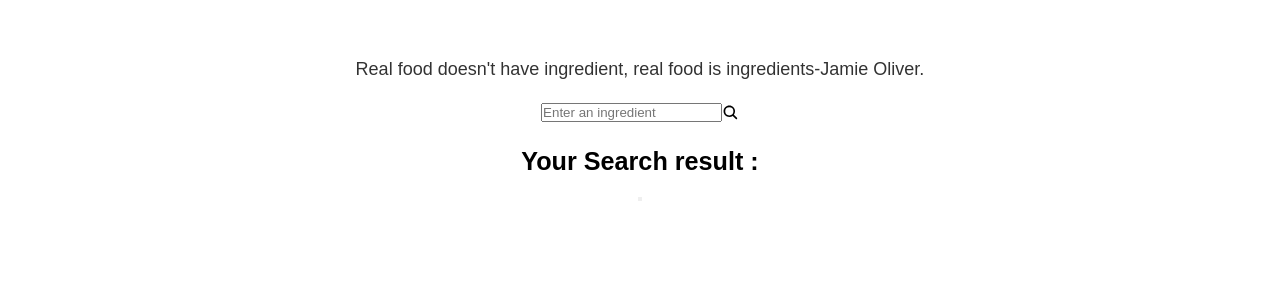
Repository: andrewhuynh561/javascipt
Page: Day 1/index.html
An editor plug-in stored every save of this project. The page is shown before and after the next save, followed by the edit.
The browser window is 1280 px wide. The pictures show the whole page.

Above is the page before, as saved 2023-05-17 22:02:13.

### Day 1/index.html
<!DOCTYPE html>
<html lang="en">
<head>
    <meta charset="UTF-8">
    <meta http-equiv="X-UA-Compatible" content="IE=edge">
    <meta name="viewport" content="width=device-width, initial-scale=1.0">
    <title>Find Meal For Your Ingredient</title>
    <link rel="stylesheet" href="style.css">
    <link rel="preconnect" href="https://fonts.googleapis.com">
    <link rel="preconnect" href="https://fonts.gstatic.com" crossorigin>
    <script type="module" src="https://unpkg.com/ionicons@7.1.0/dist/ionicons/ionicons.esm.js"></script>
    <script nomodule src="https://unpkg.com/ionicons@7.1.0/dist/ionicons/ionicons.js"></script>
    <link href="https://fonts.googleapis.com/css2?family=Rubik:ital,wght@0,300;0,500;0,600;1,300&display=swap" rel="stylesheet">
</head>
<body>
    <div class="container">
        <div class="meal-wrapper">
            <p>Real food doesn't have ingredient, real food is ingredients-Jamie Oliver.</p>
            <div class="search-bar">
                <input type = "text" class = "search-control" placeholder="Enter an ingredient" id = "search-input">
                <ion-icon name="search"></ion-icon>
            </div>
        </div>
        <div class="meal-result">
            <h2 class="title">Your Search result :</h2>
            <div class="meal" id="meal">
                <!-- meal item -->
          <!-- <div class = "meal-item">
            <div class = "meal-img">
              <img src = "food.jpg" alt = "food">
            </div>
            <div class = "meal-name">
              <h3>Potato Chips</h3>
              <a href = "#" class = "recipe-btn">Get Recipe</a>
            </div>
          </div> -->
          <!-- end of meal item -->
            </div>
            <div class="meal-detail" id="meal-detail">
                <button class="btn ">

                </button>

                <div class="meal-content">
                    <!-- <h2 class = "recipe-title">Meals Name Here</h2>
          <p class = "recipe-category">Category Name</p>
          <div class = "recipe-instruct">
            <h3>Instructions:</h3>
            <p>Lorem ipsum, dolor sit amet consectetur adipisicing elit. Quo blanditiis quis accusantium natus! Porro, reiciendis maiores molestiae distinctio veniam ratione ex provident ipsa, soluta suscipit quam eos velit autem iste!</p>
            <p>Lorem ipsum dolor sit amet consectetur adipisicing elit. Amet aliquam voluptatibus ad obcaecati magnam, esse numquam nisi ut adipisci in?</p>
          </div>
          <div class = "recipe-meal-img">
            <img src = "food.jpg" alt = "">
          </div>
          <div class = "recipe-link">
            <a href = "#" target = "_blank">Watch Video</a>
          </div> -->
                </div>
            </div>
        </div>
    </div>

<script src="app.js"></script>
</body>
</html>

### Day 1/style.css
*{
    margin: 0;
    padding: 0;
    box-sizing: border-box;
}
body {
    font-family: "Poppins", sans-serif;
    padding: 20px;
    font-weight: 300;
    font-size: 1.05rem;
    line-height: 1.6;
  }
:root{
    --tenne-tawny: #d65108;
    --tenne-tawny-dark: #b54507;
}
.container{
    max-width: 1200px;
    margin: 0 auto;
    text-align: center;
    padding-top: 35px;

}
p{
    padding-bottom: 12pxpx;
    font-size: 18px;
    opacity: 0.8;
}
.search-bar{
    margin: 1.2rem 0;
    display: flex;
    align-items: center;
    justify-content: center;
}
.search-control{
    outline: none;
    max-height: max-content;
}

Loaded but not shown: Day 1/app.js (no copy from this time; the picture is the same without it)

After the next save:
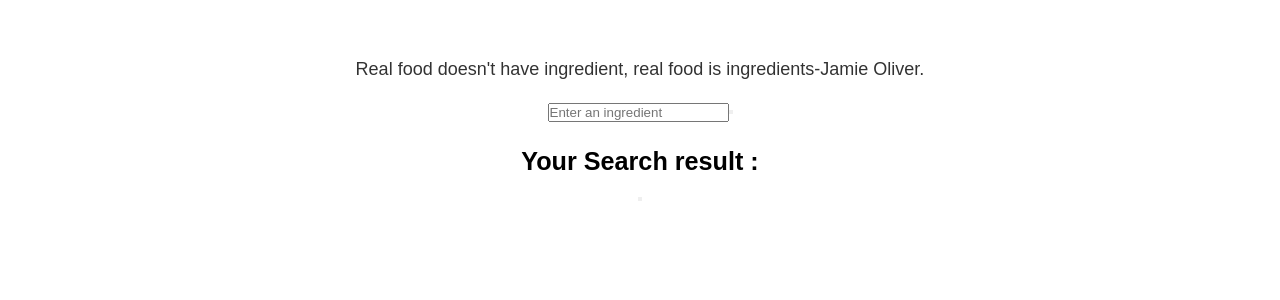
Saved 88 s later.
--- a/Day 1/index.html
+++ b/Day 1/index.html
@@ -18,7 +18,9 @@
             <p>Real food doesn't have ingredient, real food is ingredients-Jamie Oliver.</p>
             <div class="search-bar">
                 <input type = "text" class = "search-control" placeholder="Enter an ingredient" id = "search-input">
-                <ion-icon name="search"></ion-icon>
+                <button type = "submit" class = "search-btn btn" id = "search-btn">
+                    <i class = "fas fa-search"></i>
+                  </button>
             </div>
         </div>
         <div class="meal-result">
